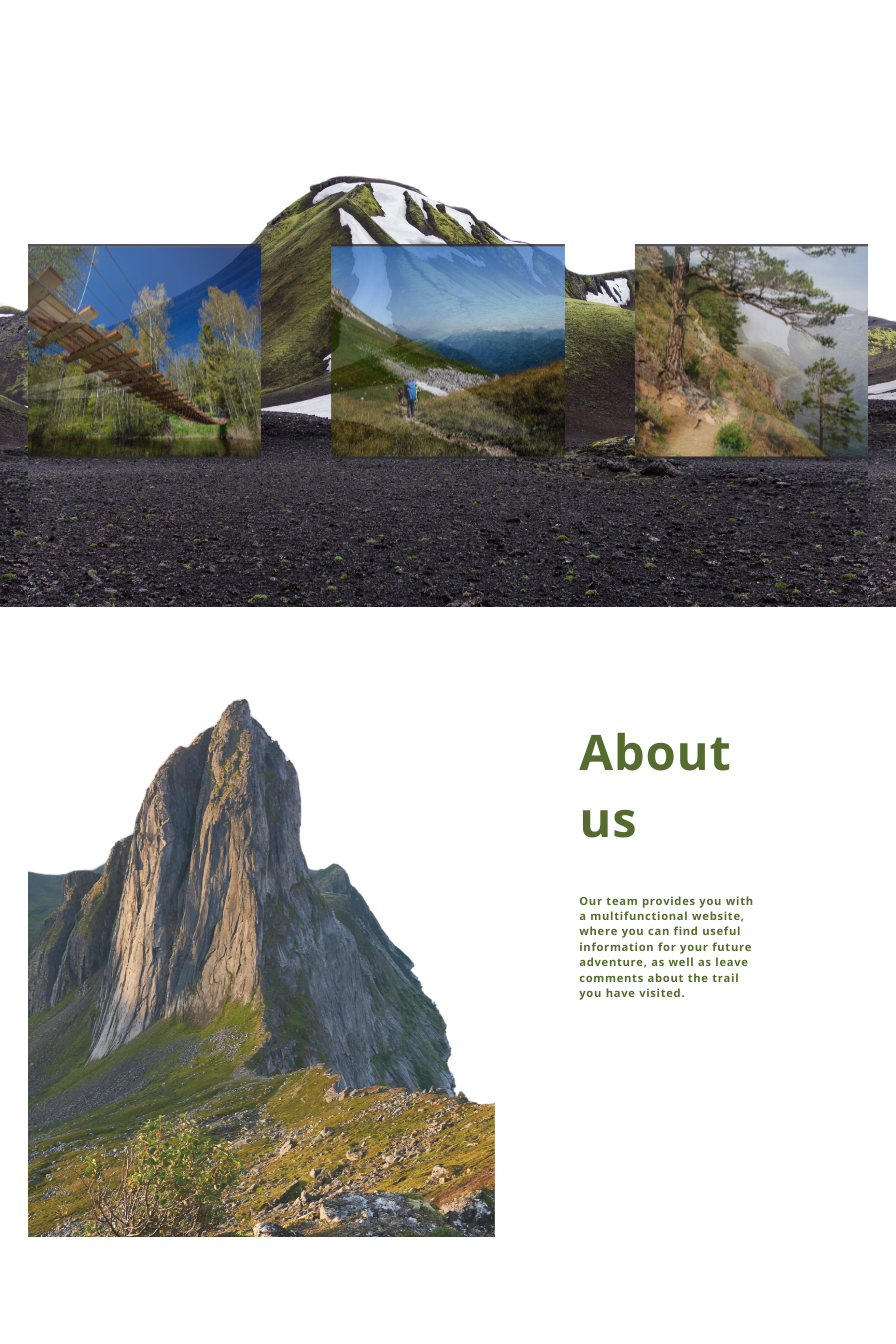
Repository: artembundin/travelrus.github.io
Page: index.html
The author's editor kept a copy of each file at every save. The page is drawn from the files as they stood at one save, then again after a run of saves.
The browser window is 1280 px wide. The pictures show the part of the page from y = 1833 to 3753 px (the page is 4738 px tall before and 5258 px after), at 70% of full size.
A picture or video elsewhere on the page could not be fetched, so the positions and the page height are approximate. An inner scrolling area shows only its first screen. Backgrounds fixed to the window are drawn as part of the page. Some web fonts or font styles are not loaded; a fallback is used.

Above is the page before, as saved 2025-05-07 23:17:07.
Console error: TypeError: Cannot read properties of null (reading 'offsetTop')

### index.html
<!DOCTYPE html>
<html lang="en">
  <head>
    <meta charset="UTF-8" />
    <meta name="viewport" content="width=device-width, initial-scale=1.0" />
    <title>Document</title>
    <link rel="stylesheet" href="style.css" />
  </head>
  <body>
    <header class="header">
      <div class="container-header">
        <img src="icons/TRAIL TRIBE (3).svg" alt="" class="anim header-logo" />
        <ul class="header-list">
          <li><a class="active" href="/">HOME</a></li>
          <li><a href="/">BLOG</a></li>
          <li><a href="#inf">DISCOVER</a></li>
          <li><a href="/">ABOUT AS</a></li>
        </ul>
      </div>
    </header>
    <main class="main">
      <section class="join">
        <div class="join-container">
          <div class="text_section">
            <h2>Featured Items</h2>
            <p>
              These are some of the basic things that will be useful to you on a
              hike. See the full list on our blog.
            </p>
          </div>
          <a href="#" class="btn_list" id="newPageButton">BLOG</a>
        </div>
      </section>
      <section class="inf" id='inf'>
        <div class="inf-container">
          <h2 class="inf-caption animate-slidein">Find our most popular camps</h2>
          <div class="cards">
              <div class="cards-content">
                <a href="map.html#mapstore">
                  <img src="images/bvt.jpeg" alt="" class="img">
                </a>
                <div class="cards-text">
                  <h4 class="cards-title">The Big Valdai Trail</h4>
                  <p class="cards-sub-title">Its uniqueness lies in the change of ecological systems: spruce-fir forest, broad-leaved forest, pine forest.</p>
                </div>
              </div>
            <div class="cards-content">
              <a href="map.html#mapstore2">
                <img src="images/30.jpeg" alt="" class="img">
              </a>
              <div class="cards-text">
                <h4 class="cards-title">Through the Mountains to the Sea</h4>
                <p class="cards-sub-title">One of the oldest, most popular traveled tourist routes in the Soviet Union.</p>
              </div>
            </div>
            <div class="cards-content">
              <a href="map.html#mapstore3">
                <img src="images/btt.jpeg" alt="" class="img">
              </a>
              <div class="cards-text">
                <h4 class="cards-title">The Great Baikal Trail</h4>
                <p class="cards-sub-title">The trail will connect three national parks and three reserves.</p>
              </div>
            </div>
          </div>
        </div>
      </section>
      <section class="aboutus">
        <div class="aboutus-container">
          <div class="aboutus-image animate-slideleft"></div>
          <div class="aboutus-text animate-slideright">
            <h2 class="aboutus-title">About us</h2>
            <p class="aboutus-sub-title">Our team provides you with a multifunctional website, where you can find useful information for your future adventure, as well as leave comments about the trail you have visited.</p>
          </div>
        </div>
      </section>
      <section class="stuff-list">
      <h2 class="stuff-list-caption animate-appeir">That is useful for any hike</h2>
      <div class="item">
        <div class="stuff-list-container animate-appeir">
            <div class="stuff-item">
                    <p class="item1_title">Knife</p>
                    <img src="images/knife.svg" alt="/" id="item1">
            </div>
            <div class="stuff-item">
                    <p class="item2_title">Sleeping-bag</p>
                    <img src="images/sleepingbag.svg" alt="/" id="item2">
            </div>
            <div class="stuff-item">
                    <p class="item3_title">Tent</p>
                    <img src="images/tent.svg" alt="/" id="item3">
            </div>
          </div>
      </div>
    </section>
  </main>
  <script src="animation.js"></script>
  </body>
</html>




<!--<h2 class="stuff-list-caption">That is useful for any hike</h2>-->

### style.css
@font-face {
  font-family: 'OpenSans';
  src: url(fonts/OpenSans-Regular.woff2) format('woff2');
  font-weight: 400;
  font-style: normal;
  font-display: swap;
}
@font-face {
  font-family: 'OpenSans';
  src: url(fonts/OpenSans-Bold.woff2) format('woff2');
  font-weight: 700;
  font-style: normal;
  font-display: swap;
}


body {
  margin: 0;
  font-family: 'OpenSans';
  background-color: white;
  color: white;
  font-weight: 550;
}

ul {
  list-style: none;
  padding: 0;
  margin: 0;
}

a {
  text-decoration: none;
  color: white;
}

p {
  display: flex;
  /*animation: pfade linear both;
  animation-timeline: view();
  animation-range: entry 50% cover 50%;*/
}


h1, h2, h3, h4, h5, h6 {
  display: flex;
  /*animation: pfade linear both;
  animation-timeline: view();
  animation-range: entry 50% cover 50%;*/
}


/*@keyframes pfade {
  from {
    opacity: 0;
  }
  to {
    opacity: 1;
  }
} */

a {
  text-decoration: none;
}

/*Шапка*/

.header {
  position: relative;
  text-align: center;
  background-image: url(images/hiking3.jpeg);
  background-attachment: fixed;
  background-size: cover;
  background-position: center;
}

.container-header {
  display: flex;
  flex-direction: column;
  align-items: center;
  max-width: 1200px;
  height: 900px;
  margin-left: auto;
  margin-right: auto;
  padding: 0 15px;
}

.header-logo {
  width: 600px;
  height: 600px;
}



.header-img {
  position: absolute;
  width: 100%;
  height: auto;

  background-image: url(images/hiking3.jpeg);
  /*background-attachment: fixed;
    background-size: cover;
    background-position: center;*/
  z-index: -1;
}

.header-list {
  display: flex;
  gap: 40px;
  margin-top: -100px;
  text-decoration: underline;
  text-underline-offset: 10px;
  opacity: 0.6;
  font-weight: 600;
  font-size: 25px;
  letter-spacing: 3px;
}


/*СЕКЦИЯ 1*/

.main {
  display: inline;
}


.join {
  background-image: url('images/cloudmount.png');
  background-size: contain;
  background-repeat: no-repeat;
  animation: pfade linear both;
  animation-timeline: view();
  animation-range: entry 50% cover 50%;
}

@keyframes pfade {
  from {
    opacity: 0;
  }
  to {
    opacity: 1;
  }
}

.join-container {
  display: flex;
  max-width: 1200px;
  height: 900px;
  padding: 0 15px;
}


.text_section {
  width: 330px;
  height: 500px;
  padding: 100px;
  color: darkolivegreen;
}

.text_section p {
  letter-spacing: 1px;
}

.text_section h2 {
  font-size: 70px;
  font-weight: 700;
}

/*Кнопка*/

.btn_list {
  position: relative;
  text-align: center;
  padding: 5px 10px;
  width: 200px;
  height: 30px;
  top: 550px ;
  right: 430px;
  font-size: 20px;
  color: darkolivegreen;

  background-color: white;
  border-radius: 17px;
  box-shadow: 5px 5px 5px 3px #8a8a8a;
  cursor: pointer;
  transition: .3s;
}

.btn_list:active {
  transform: translateY(4px);
  box-shadow: 0 5px 0 darkgreen;
}


/*Конец кнопки*/



/*СЕКЦИЯ 2*/

.inf {
  background-image: url(images/holm.png);
  background-attachment: fixed;
  background-size: 1200px 900px;
  background-repeat: no-repeat;
  color: #AFD2F2;

}


.inf-caption {
  display: flex;
  justify-content: center;
  font-size: 60px;
  font-weight: 700;
  margin-top: 100px;
  margin-bottom: 200px;

  color: white;
}

@keyframes slidein {
  from {
    transform: translateX(-100%);
    opacity: 0;
  }
  to {
    transform: translateX(0);
    opacity: 1;
  }
}

.inf-caption.animate-slidein {
  animation: slidein;
  animation-duration: 2s;
  animation-timing-function: linear forwards;
  animation-iteration-count: 1;
}

.inf-container {
  max-width: 1200px;
  height: 900px;
  padding: 0 15px;
}

@keyframes fadein {
  from {
    opacity: 0;
  }
  to {
    opacity: 1;
  }
}

.cards {
  display: flex;
  justify-content: center;
  gap: 100px;
  animation: pfade linear both;
  animation-timeline: view();
  animation-range: entry 50% cover 50%;
}

.cards-content {
  display: flex;
  position: relative;
  justify-content: center;
  align-items: center;
  overflow: hidden;




  /*width: 400px;
  border-radius: 20px;
  margin-top: 200px;
  text-align: center;*/
}


.img {
  width: 400px;
  height: 300px;
  border: 3px solid #2E2C33;




  /*max-width: 100%;
  height: 350px;
  object-fit: cover;
  border-radius: 15px;*/
}

.cards-text {
  width: 200px;
  height: 200px;
  background-color: white;
  padding: 1.5rem 2rem;
  box-shadow: 0 8px 24px hsla(0, 0%, 0%, .15);
  border-radius: 1rem;
  position: absolute;
  bottom: -9rem;
  opacity: 0;
  transition: opacity 1s 1s;
}

.cards-title {
  font-size: 28px;
  font-weight: 700;
  margin-bottom: .75rem;
}



.cards-sub-title {
  font-size: 13px;
  font-weight: 400;

}

.cards-content:hover .cards-text{
  animation: show-text 1s forwards;
  opacity: 1;
  transition: opacity .3s;
}

.cards-content {
  animation-name: remove-overflow;
  animation: remove-overflow 2s forwards;

}

.cards-content:not(:hover) {
  animation: show-overflow 2s forwards;
}

.cards-content:not(:hover) .cards-text {
  animation: remove-text 1s forwards;
}

@keyframes show-text {
  50% {
    transform: translateY(-10rem);
  }
  100% {
    transform: translateY(-7rem);
  }
}

@keyframes remove-overflow {
  to {
    overflow: initial;
  }
}

@keyframes remove-text {
  0% {
    transform: translateY(-7rem);
  }
  50% {
    transform: translateY(-10rem);
  }
  100% {
    transform: translateY(.5rem);
  }
}

@keyframes show-overflow {
  0% {
    overflow: initial;
    pointer-events: none;
  }
  50% {
    overflow: hidden;
  }
}


/*СЕКЦИЯ 3 */



.aboutus {
  color: darkolivegreen;
}


.aboutus-container {
  display: flex;

  max-width: 1200px;
  height: 800px;
  margin-top: 100px;
  margin-bottom: 150px;
}


.aboutus-image {
  background-image: url(images/goraaa.png);
  background-size: cover;
  background-repeat: no-repeat;
  width: 1200px;
  height: 800px;
}

@keyframes slideleft {
  from{
    transform: translateX(-100%);
    opacity: 0;
  }
  to {
    transform: translate(0);
    opacity: 1;
  }
}

.aboutus-image.animate-slideleft {
  animation: slideleft;
  animation-duration: 5s;
  animation-timing-function: linear forwards;
  animation-iteration-count: 1;
}

.aboutus-text {
  width: 400px;
  height: 300px;
  text-align: left;
  letter-spacing: 1px;
  margin-right: 150px;
}

/*.aboutus-text.animate-slideright {
  animation: none;
  animation: slideright;
  animation-duration: 4s;
  animation-timing-function: linear forwards;
  animation-iteration-count: 1;
}

@keyframes slideright {
  from {
    transform: translateX(100%);
  }
  to {
    transform: translateX(0);
  }
}*/

.aboutus-title {
  font-size: 70px;
  justify-content: left;
}



/*СЕКЦИЯ 3*/


/*.cards {
  display: flex;
  justify-content: center;
  gap: 170px;
} карточки секция */

@keyframes appeir {
  from {
    opacity: 0;
  }
  to {
    opacity: 1;
  }
}

.stuff-list-caption {
  display: flex;
  justify-content: center;
  font-size: 65px;
  font-weight: 700;
  color: darkolivegreen;

}

.stuff-list-caption.animate-appeir {
  animation: appeir;
  animation-duration: 6s;
  animation-timing-function: linear forwards;
  animation-iteration-count: 1;
}

.stuff-list-container.animate-appeir {
  display: grid;
  grid-template-columns: 0.25fr 0.25fr;
  grid-template-rows: 600px 600px;
  gap: 20px;
  max-width: 1200px;
  height: 800px;
  margin-top: 100px;


    /*animation: appeir2 ;
    animation-duration: 1s;
    animation-timing-function: ease-in forwards;
    animation-delay: 1s;
    animation-iteration-count: 1;*/

}

/*@keyframes appeir2 {
  from {
    opacity: 0;
  }
  to {
    opacity: 1;
  }
}*/

.stuff-list {
  color: white;
}


.item {
  background-image: url(/images/sumka.png);
  background-size: 1300px 800px;
  background-repeat: no-repeat;
  background-position: center;
}


#item1 {
  background-color: lemonchiffon;
  position: relative;
  left: 490px;
  top: 160px;
}



#item2 {
  background-color: lightpink;
  position: relative;
  left: 390px;
  top: 130px;
}



#item3 {
  background-color: lightsteelblue;
  position: relative;
  left: 530px;
  bottom: 230px;
}

.item1_title {
  position: relative;
  left: 490px;
  top: 160px;
  font-size: 17px;
}

.item2_title {
  position: relative;
  left: 390px;
  top: 130px;
  font-size: 17px;
}

.item3_title {
  position: relative;
  left: 530px;
  bottom: 230px;
  font-size: 17px;
}

/* В конец файла добавим медиа-запросы */

/* Для планшетов */
@media screen and (max-width: 1024px) {
  .container-header {
    height: 700px;
  }

  .header-logo {
    width: 400px;
    height: 400px;
  }

  .header-list {
    font-size: 20px;
    gap: 20px;
  }

  .join-container {
    width: 100%;
    padding: 0 20px;
  }

  .text_section {
    padding: 50px;
  }

  .text_section h2 {
    font-size: 50px;
  }

  .cards {
    flex-wrap: wrap;
    gap: 50px;
  }

  .img {
    width: 300px;
    height: 225px;
  }

  .aboutus-container {
    flex-direction: column;
    height: auto;
  }

  .aboutus-image {
    width: 100%;
    height: 500px;
  }

  .aboutus-text {
    width: 100%;
    margin: 20px;
  }
}

/* Для мобильных устройств */
@media screen and (max-width: 768px) {
  .container-header {
    height: 500px;
  }

  .header-logo {
    width: 300px;
    height: 300px;
  }

  .header-list {
    font-size: 16px;
    gap: 15px;
    flex-direction: column;
  }

  .text_section h2 {
    font-size: 40px;
  }

  .btn_list {
    right: 200px;
  }

  .inf-caption {
    font-size: 40px;
    margin: 50px 0;
  }

  .cards-content {
    width: 100%;
  }

  .img {
    width: 100%;
    max-width: 300px;
  }

  .stuff-list-container {
    grid-template-columns: 1fr;
    grid-template-rows: auto;
  }

  #item1, #item2, #item3,
  .item1_title, .item2_title, .item3_title {
    left: 50%;
    transform: translateX(-50%);
    position: relative;
    top: 0;
    bottom: 0;
  }

  .stuff-list-caption {
    font-size: 40px;
    text-align: center;
  }
}

/* Для маленьких экранов */
@media screen and (max-width: 480px) {
  .header-logo {
    width: 200px;
    height: 200px;
  }

  .text_section {
    width: 100%;
    padding: 20px;
  }

  .text_section h2 {
    font-size: 30px;
  }

  .btn_list {
    width: 150px;
    right: 100px;
  }
}

.join-container,
.inf-container,
.aboutus-container,
.stuff-list-container {
  max-width: 1200px;
  margin-left: auto;
  margin-right: auto;
  overflow-x: hidden;
}

### animation.js
window.addEventListener('scroll', function() {
    var infCaption = document.querySelector('.inf-caption');
    var infOffsetTop = infCaption.offsetTop;
    var windowHeight = window.innerHeight;
    var scrollTop = window.scrollY;

    if (scrollTop > infOffsetTop - windowHeight) {
    infCaption.classList.add('animate-slidein');
    }
    else {
    infCaption.classList.remove('animate-slidein');
    }
});

window.addEventListener('scroll', function() {
    var aboutusSection = document.querySelector('.aboutus');
    var aboutusOffsetTop = aboutusSection.offsetTop;
    var windowHeight = window.innerHeight;
    var scrollTop = window.scrollY;

    if (scrollTop > aboutusOffsetTop - windowHeight) {
    document.querySelector('.aboutus-image').classList.add('animate-slideleft');
    document.querySelector('.aboutus-text').classList.add('animate-slideright');
    }
    else {
    document.querySelector('.aboutus-image').classList.remove('animate-slideleft');
    document.querySelector('.aboutus-text').classList.remove('animate-slideright');
    }
});


window.addEventListener('scroll', function() {
    var stuffSection = document.querySelector('.stuff-list');
    var stuffOffsetTop = stuffSection.offsetTop;
    var windowHeight = window.innerHeight;
    var scrollTop = window.scrollY;

    if (scrollTop > stuffOffsetTop - windowHeight) {
    document.querySelector('.stuff-list-caption').classList.add('animate-appeir');
    }
    else {
    document.querySelector('.stuff-list-caption').classList.remove('animate-appeir');
    }
});

document.addEventListener('scroll', function() {
    var stuffSection = document.querySelector('.stuff-list-container');
    var windowHeight = window.innerHeight;
    var stuffOffsetTop = stuffSection.offsetTop;
    var scrollTop = window.scrollY;

    if (scrollTop > stuffOffsetTop - windowHeight) {
        stuffSection.classList.add('animate-appeir');
    } else {
        stuffSection.classList.remove('animate-appeir');
    }
});

document.addEventListener('scroll', function() {
    var footer = document.querySelector('.footer');
    var windowHeight = window.innerHeight;
    var footerOffsetTop = footer.offsetTop;
    var scrollTop = window.scrollY;

    if (scrollTop > footerOffsetTop - windowHeight) {
        footer.classList.add('animate-appeir-footer');
    } else {
        footer.classList.remove('animate-appeir-footer');
    }
});

document.addEventListener('scroll', function() {
    var socialContainer = document.querySelector('.social-container');
    var windowHeight = window.innerHeight;
    var socialContainerOffsetTop = socialContainer.offsetTop;
    var scrollTop = window.scrollY;

    if (scrollTop > socialContainerOffsetTop - windowHeight) {
        socialContainer.classList.add('animate-appeir3');
    } else {
        socialContainer.classList.remove('animate-appeir3');
    }
});

const newPageButton = document.getElementById('newPageButton');

newPageButton.addEventListener('click', function() {
    window.open('blog.html');
});

After the next 2 saves:
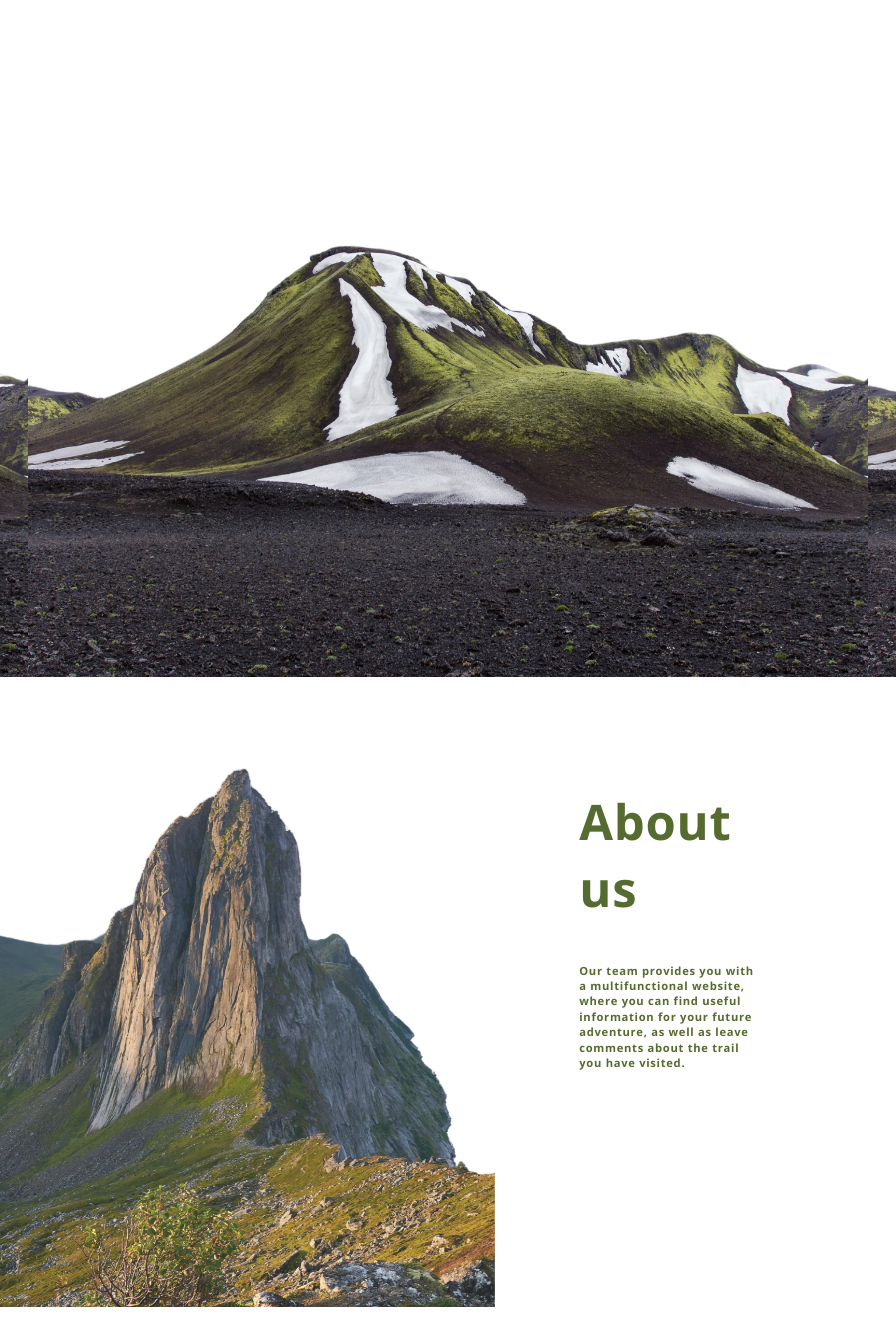
The 2 saves are shown as one change because they came seconds apart.
The last was saved 80 s later.
--- a/style.css
+++ b/style.css
@@ -718,5 +718,4 @@
   max-width: 1200px;
   margin-left: auto;
   margin-right: auto;
-  overflow-x: hidden;
-}
+}

After the save that followed:
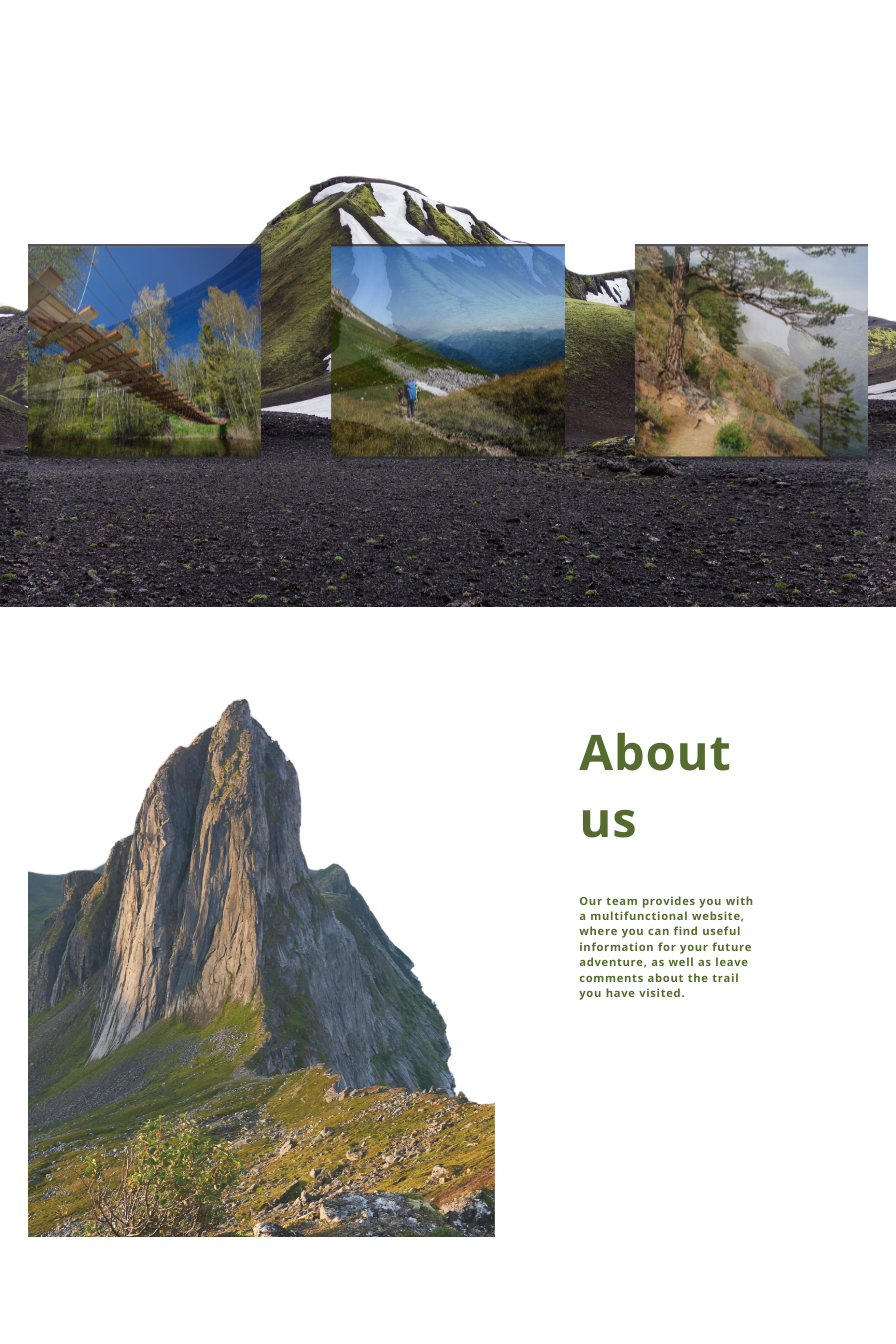
Saved 17 s later.
--- a/style.css
+++ b/style.css
@@ -718,4 +718,5 @@
   max-width: 1200px;
   margin-left: auto;
   margin-right: auto;
-}
+  overflow-x: hidden;
+}
